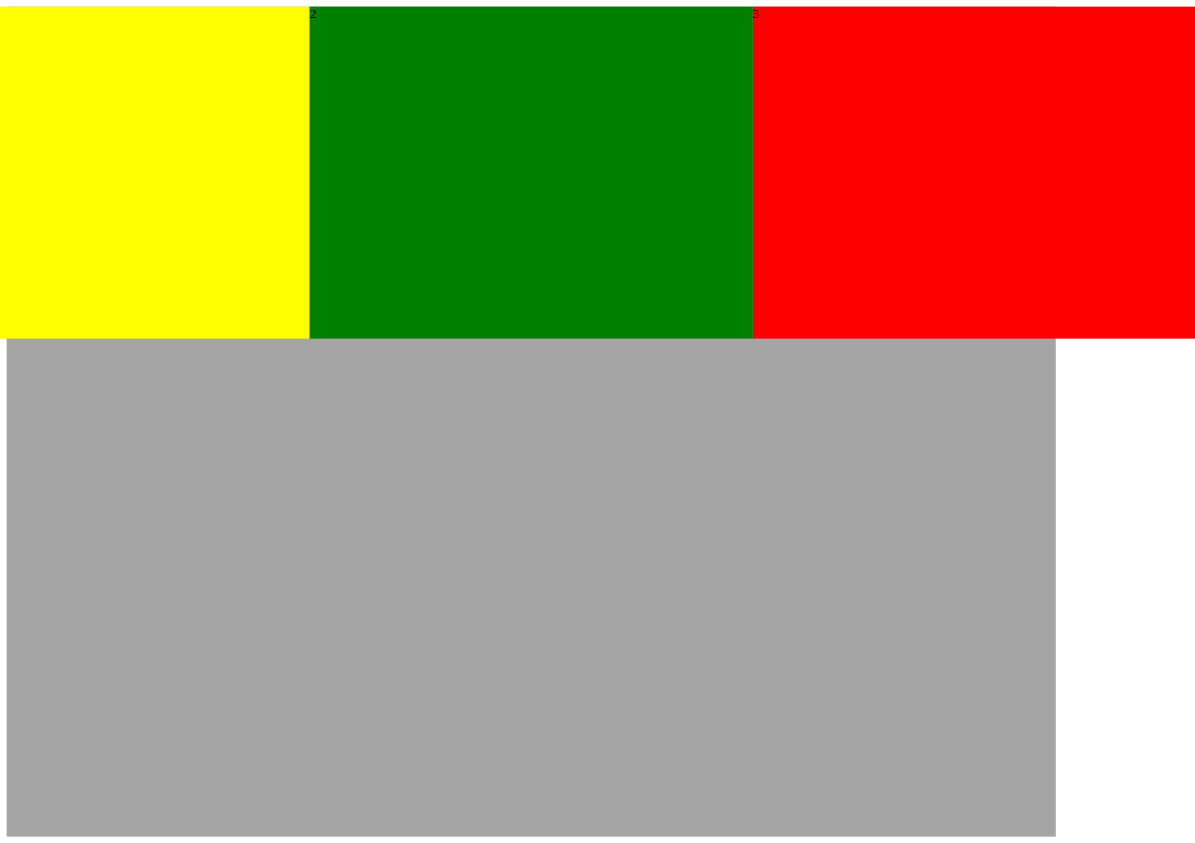
Repository: motiejus1/13-paskaita-05.31
Page: index.html
An editor plug-in stored every save of this project. The page is shown before and after a run of saves, followed by the edit.
The browser window is 1280 px wide. The page is 1440 px wide, so the pictures cover 1440 px, including what lies to the right of the window. The pictures show the whole page, at 83% of full size.

Above is the page before, as saved 2021-06-21 19:51:10.

### index.html
<!DOCTYPE html>
<html lang="en">
<head>
    <meta charset="UTF-8">
    <meta http-equiv="X-UA-Compatible" content="IE=edge">
    <meta name="viewport" content="width=device-width, initial-scale=1.0">
    <title>13 paskaita</title>
    <style>
        .container {
            height: 1000px;
            background-color: rgb(165, 165, 165) ;
            /* z-index: 2 ;  */
            position: relative;
        }

        .kvadratai {
            width: 1600px;
            position:absolute;
            left: 50%;
            transform: translate(-50%);
        }

        .kvadratas {
            width: 33.33%;
            height: 400px;
            float:left;

        }

        .zalia {
            background-color: green;
        }

        .geltona {
            background-color: yellow;
        }

        .raudona {
            background-color: red;
        }

        .kvadratelis {
            width: 50px;
            height: 50px;
            background-color: red;
            position:relative;
            /* z-index: 1; */

        }

        .container1 {
            height: 400px;
            background-color: rgb(126, 100, 100) ;
        }
    </style>


</head>

<body>
<!-- position relative ir position absolute -->

<!-- position relative  -->

<div class="container">

    <div class="kvadratai">
        <div class="kvadratas geltona">1</div>
        <div class="kvadratas zalia">2</div>
        <div class="kvadratas raudona">3</div>
    </div>



</div>



</body>
</html>

After the next 2 saves:
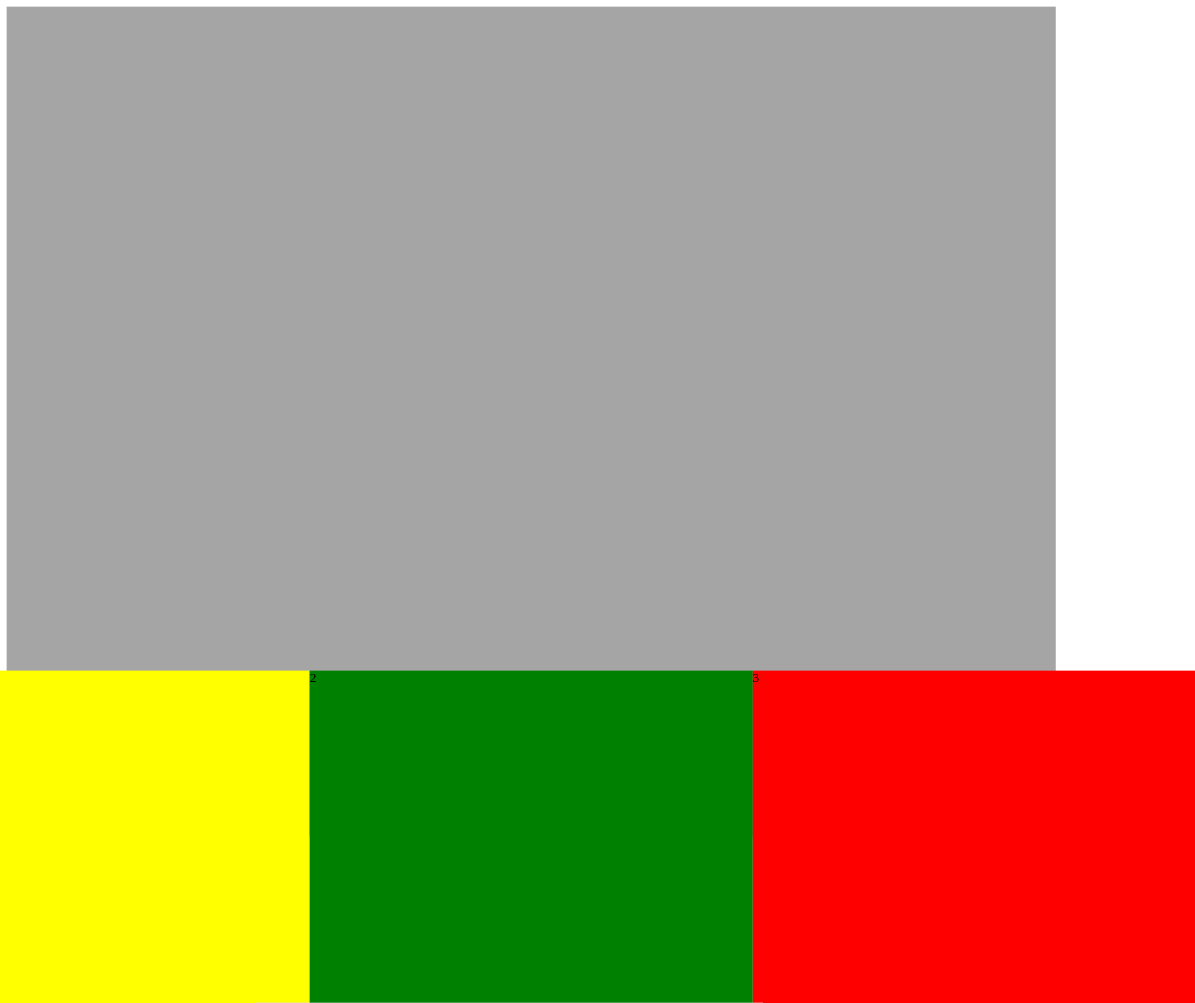
The 2 saves are shown as one change because they came seconds apart.
The last was saved 88 s later.
--- a/index.html
+++ b/index.html
@@ -17,7 +17,8 @@
             width: 1600px;
             position:absolute;
             left: 50%;
-            transform: translate(-50%);
+            transform: translate(-50%, -50%);
+            top: 100%;
         }
 
         .kvadratas {
